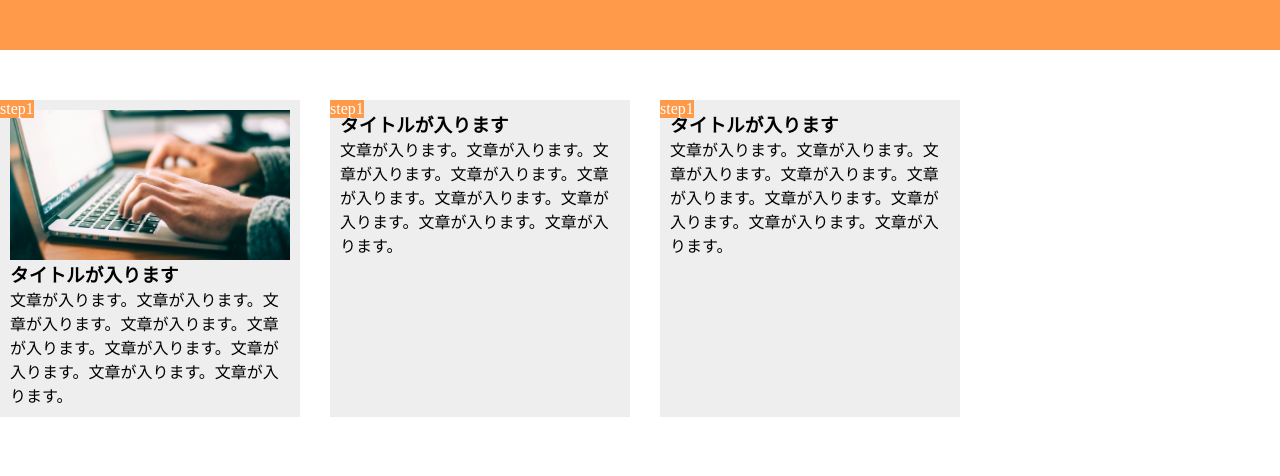
Repository: t-sato-infratop/environment
Page: chapter9-exercise/chapter9_exercise2.html
The author's editor kept a record of every edit. The page is drawn from the files as they stood at one moment, then again after the next edit.
The browser window is 1280 px wide. The pictures show the whole page.
Some web libraries are served in a nearby version.

Above is the page before.

### chapter9-exercise/chapter9_exercise2.html
<!DOCTYPE html>
<html lang="ja">
  <head>
    <meta charset="UTF-8" />
    <script src="https://kit.fontawesome.com/06071e1720.js" crossorigin="anonymous"></script>
    <link rel="stylesheet" href="chapter9_exercise2.css" />
    <title>C9E2</title>
  </head>

  <body>
    <header></header>
    <main>
      <div class="box">
        <div class="box1-img"></div>
        <span class="box-step">step1</span>
        <h3 class="box-title">タイトルが入ります</h3>
        <p class="box-text">文章が入ります。文章が入ります。文章が入ります。文章が入ります。文章が入ります。文章が入ります。文章が入ります。文章が入ります。文章が入ります。</p>
      </div>
      <div class="box">
        <div class="box2-img"></div>
        <span class="box-step">step1</span>
        <h3 class="box-title">タイトルが入ります</h3>
        <p class="box-text">文章が入ります。文章が入ります。文章が入ります。文章が入ります。文章が入ります。文章が入ります。文章が入ります。文章が入ります。文章が入ります。</p>
      </div>
      <div class="box">
        <div class="box3-img"></div>
        <span class="box-step">step1</span>
        <h3 class="box-title">タイトルが入ります</h3>
        <p class="box-text">文章が入ります。文章が入ります。文章が入ります。文章が入ります。文章が入ります。文章が入ります。文章が入ります。文章が入ります。文章が入ります。</p>
      </div>
    </main>
    <footer></footer>
  </body>

### chapter9-exercise/chapter9_exercise2.css
* {
  margin: 0;
  padding: 0;
  box-sizing: border-box;
}

header {
  width: 100%;
  height: 50px;
  background-color: #ff9a4b;
}

main {
  width: 100%;
  padding: 50px auto;
  display: flex;
}

.box {
  background-color: #eeeeee;
  width: 300px;
  margin-right: 30px;
  margin-top: 50px;
  padding: 10px;
  position: relative;
}

.box:last-child {
  margin-right: 0px;
}

.box1-img {
  background-image: url(img/flow01.png);
  background-position: bottom;
  background-size: cover;
  height: 150px;
}

.box-step {
  background-color: #ff9a4b;
  position: absolute;
  top: 0;
  left: 0;
  color: white;
}

After the next edit:
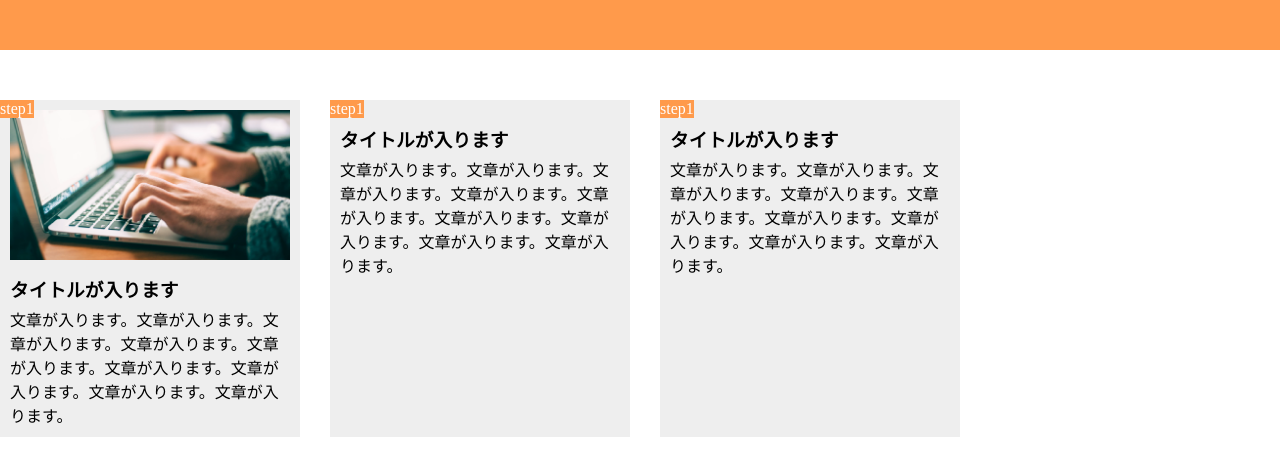
The edit:
--- a/chapter9-exercise/chapter9_exercise2.css
+++ b/chapter9-exercise/chapter9_exercise2.css
@@ -43,3 +43,7 @@
   left: 0;
   color: white;
 }
+
+.box-title {
+  margin: 15px 0 5px 0;
+}
